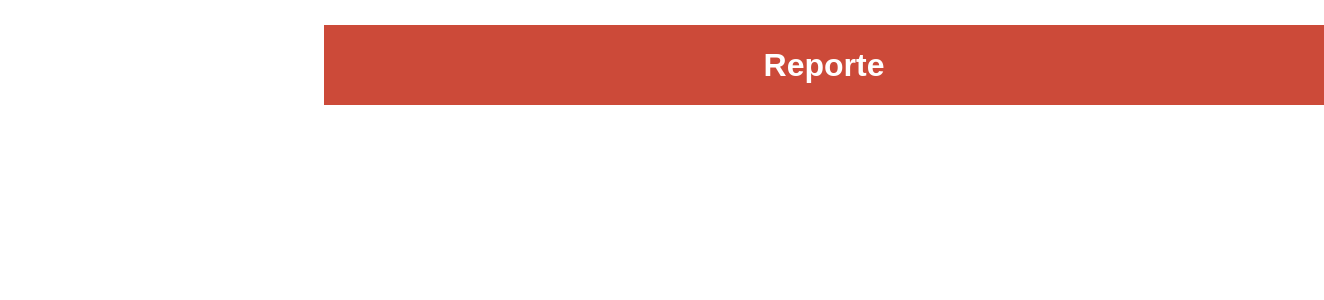
Repository: nathanvdev/LFP_PR_202001568
Page: plantilla.html
The author's editor kept a copy of each file at every save. The page is drawn from the files as they stood at one save, then again after the next save.
The browser window is 1280 px wide. The page is 1324 px wide, so the pictures cover 1324 px, including what lies to the right of the window. The pictures show the whole page.

Above is the page before, as saved 2022-02-19 18:43:26.

### plantilla.html

<!DOCTYPE html>
<html lang="en">
<head>
    <meta charset="UTF-8">
    <meta http-equiv="X-UA-Compatible" content="IE=edge">
    <meta name="viewport" content="width=device-width, initial-scale=1.0">
    <title>Document</title>
</head>
<style>
    body{
        font-family: sans-serif;
    }
    .contenedor{
        background-color: rgb(204, 74, 57);
        height: 80px;
        width: 1000px;
        margin: 2%;
        margin-left: 25%;


        display: flex;
        justify-content: center;
    }
</style>
<body>
    <div class="contenedor">
        <h1 style="color: white;">Reporte</h1>
    </div>
</body>
</html>

After the next save:
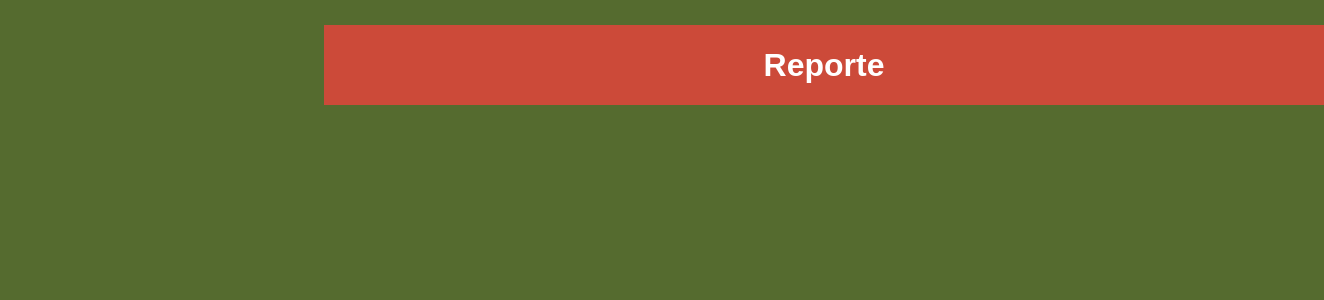
Saved 31 s later.
--- a/plantilla.html
+++ b/plantilla.html
@@ -23,9 +23,12 @@
         justify-content: center;
     }
 </style>
-<body>
+<body style="background-color: darkolivegreen;">
     <div class="contenedor">
         <h1 style="color: white;">Reporte</h1>
     </div>
+    <div>
+
+    </div>
 </body>
 </html>
